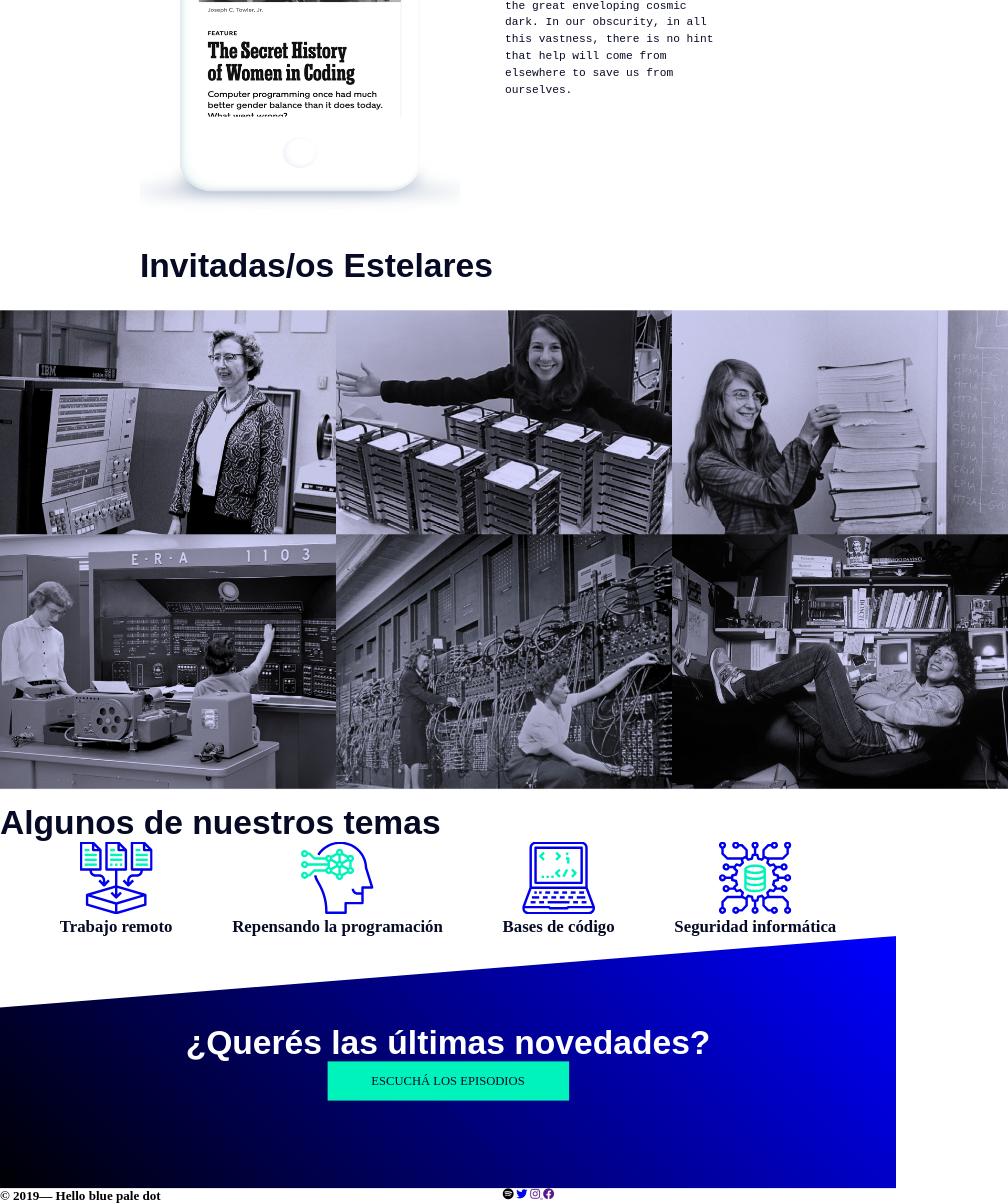
Repository: FedeGA93/podcast
Page: index.html
The author's editor kept a copy of each file at every save. The page is drawn from the files as they stood at one save, then again after a run of saves.
The browser window is 1280 px wide. The page is 1440 px wide, so the pictures cover 1440 px, including what lies to the right of the window. The pictures show the part of the page from y = 1485 to 3205 px (the page is 3205 px tall), at 70% of full size.
Pictures or frames that could not be fetched are drawn as grey boxes. Some web fonts or font styles are not loaded; a fallback is used. Some web libraries are served in a nearby version.

Above is the page before, as saved 2019-11-26 17:53:08.

After the next 5 saves:
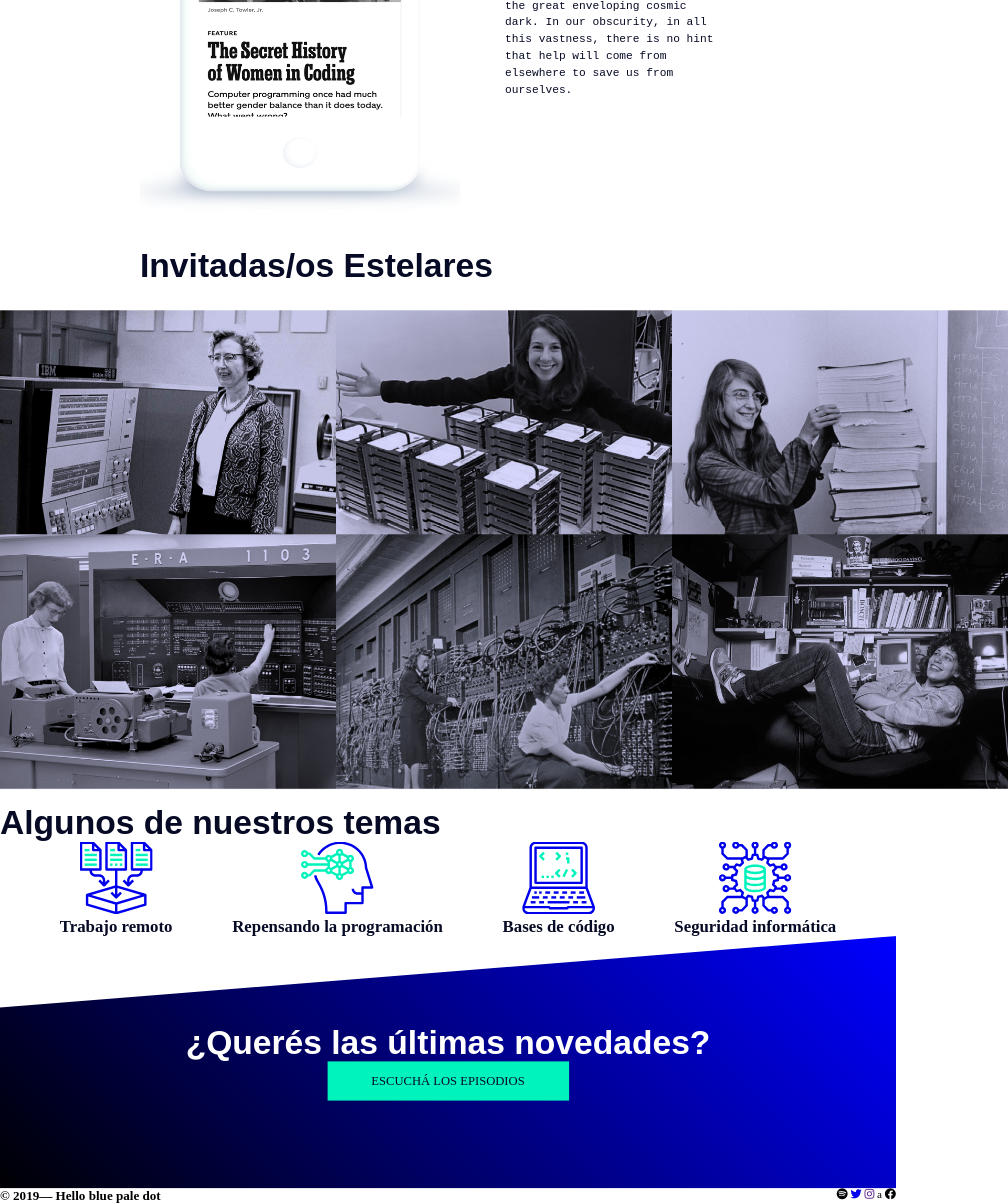
The 5 saves are shown as one change because they came seconds apart.
The last was saved 13 s later.
--- a/index.html
+++ b/index.html
@@ -162,8 +162,8 @@
             <div>
                 <i class="fab fa-spotify"></i>
                 <a href="https://twitter.com/w3c"> <i class="fab fa-twitter"></i></a>
-                <a href=""><i class="fab fa-instagram"></i>
-                <i class="fab fa-facebook"></i>
+                <a href=""><i class="fab fa-instagram"></i></a>
+a                <i class="fab fa-facebook"></i>
             </div>
         </div>
     </footer>
